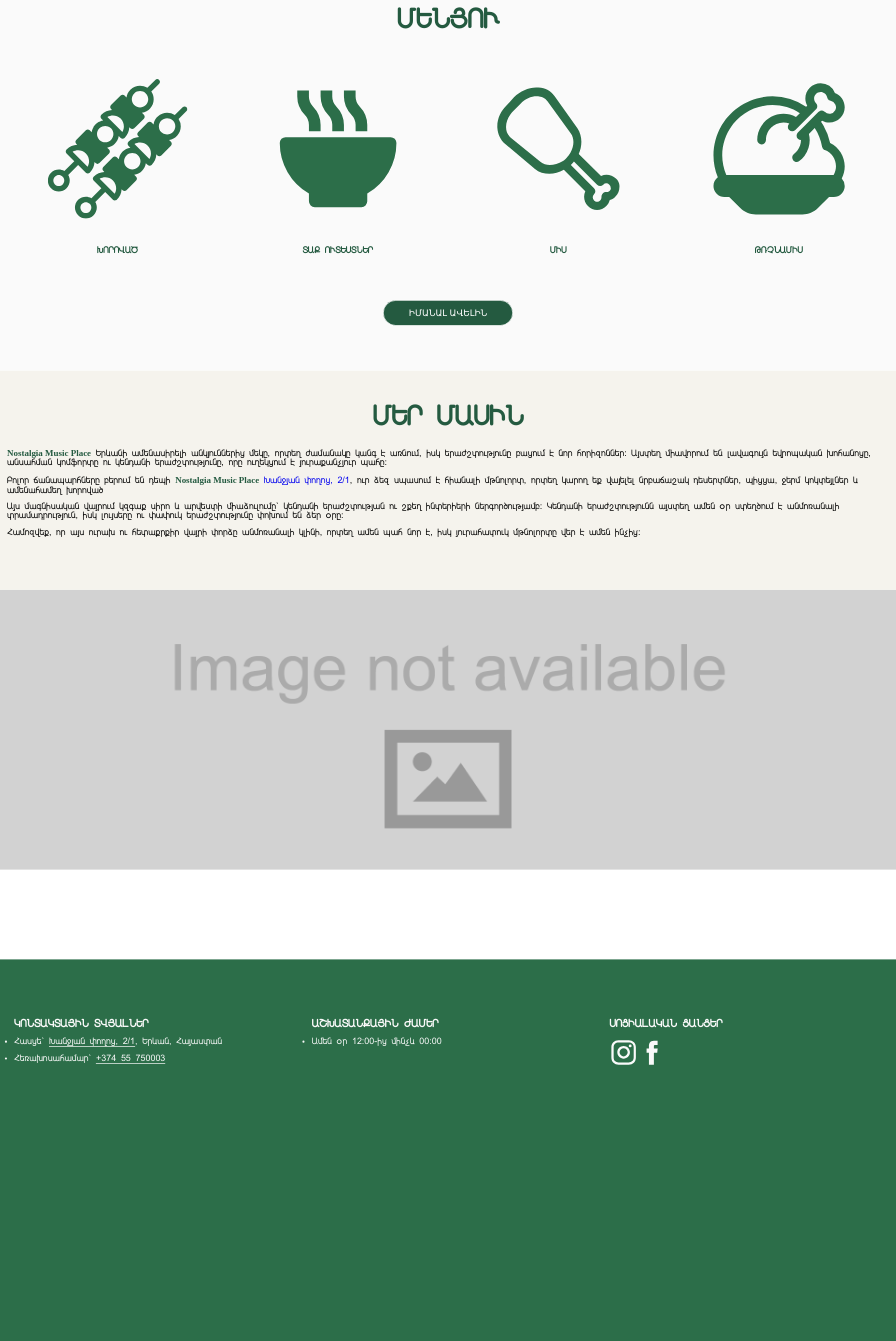
Repository: RuVerr/nost-testttt
Page: index.html
An editor plug-in stored every save of this project. The page is shown before and after the next save, followed by the edit.
The browser window is 1280 px wide. The pictures show the part of the page from y = 1272 to 3192 px (the page is 3187 px tall before and 3192 px after), at 70% of full size.
Pictures or frames that could not be fetched are drawn as grey boxes.

Above is the page before, as saved 2025-03-01 20:55:57.

After the next save:
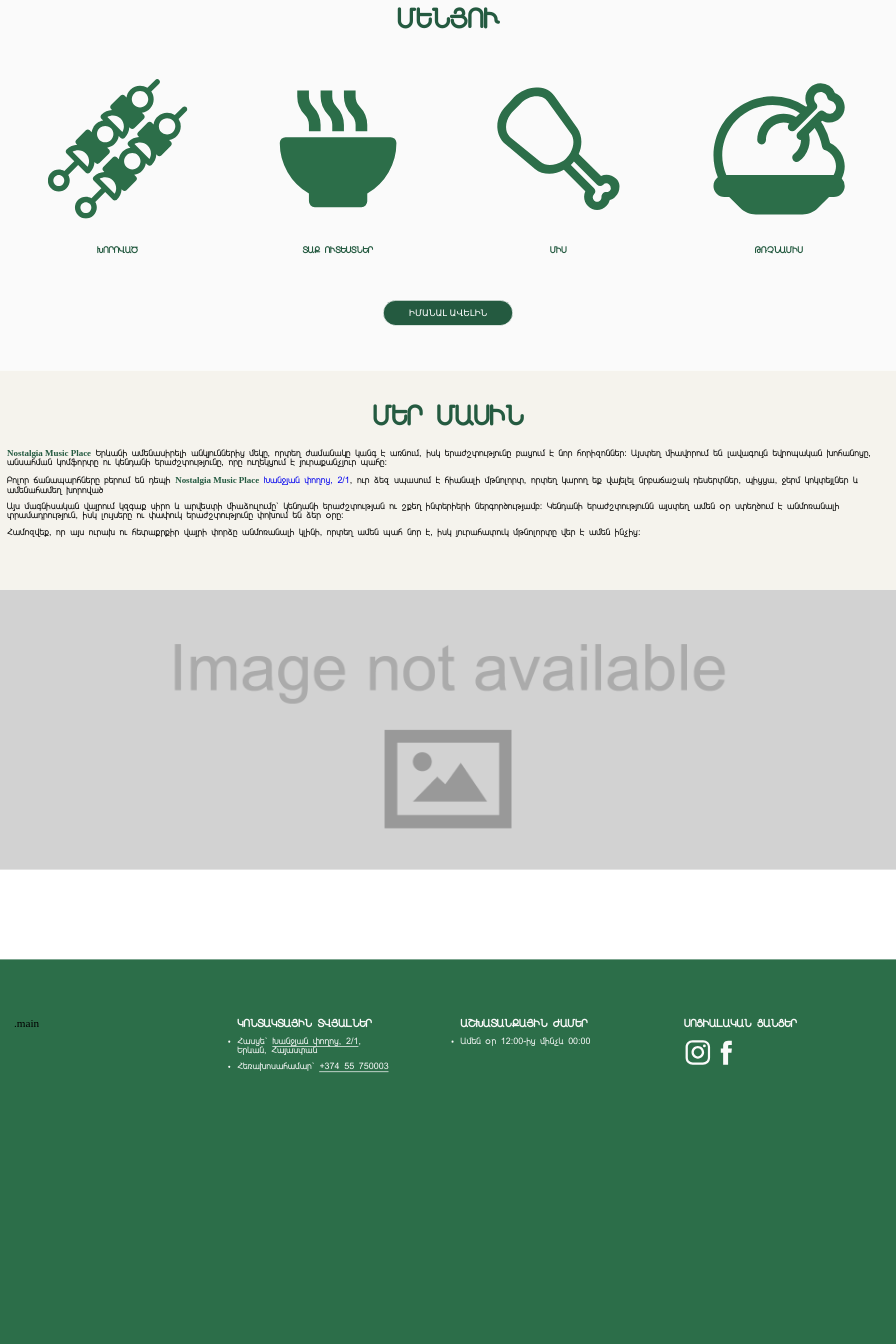
Saved 4 min 12 s later.
--- a/index.html
+++ b/index.html
@@ -347,6 +347,7 @@
     <footer class="footer" id="contactInformationID">
         <div class="custom_container_footer">
             <div class="footer_content grid justify-space-between align-items-baseline">
+                .main
                 <div class="contact_information">
                     <h3 class="contact_information_title font-family text-transform-uppercase">
                         Կոնտակտային տվյալներ
